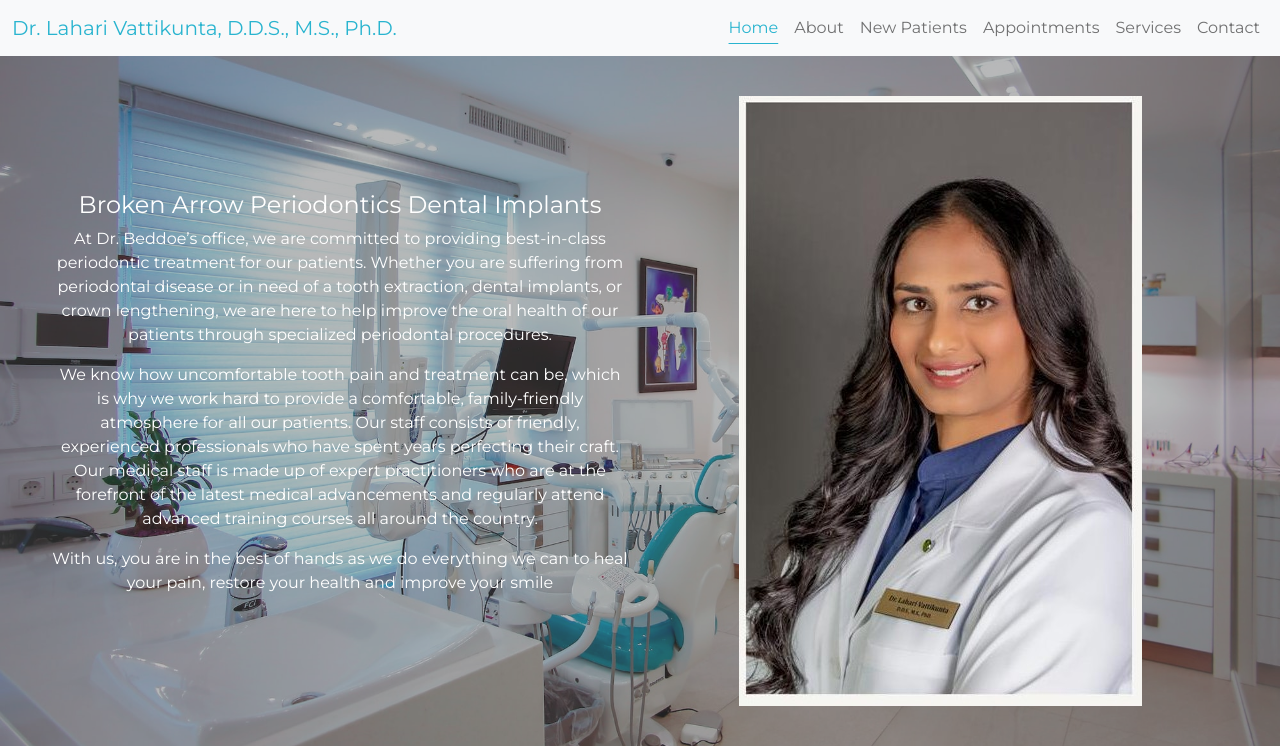
Repository: vineetha2438/baperio
Page: index.html
These files come from the project's save history. The page is drawn as it stood at one moment and after the next save; the edit follows.
The browser window is 1280 px wide. The pictures show the whole page.

Above is the page before, as saved 2022-11-13 19:47:00.

After the next save:
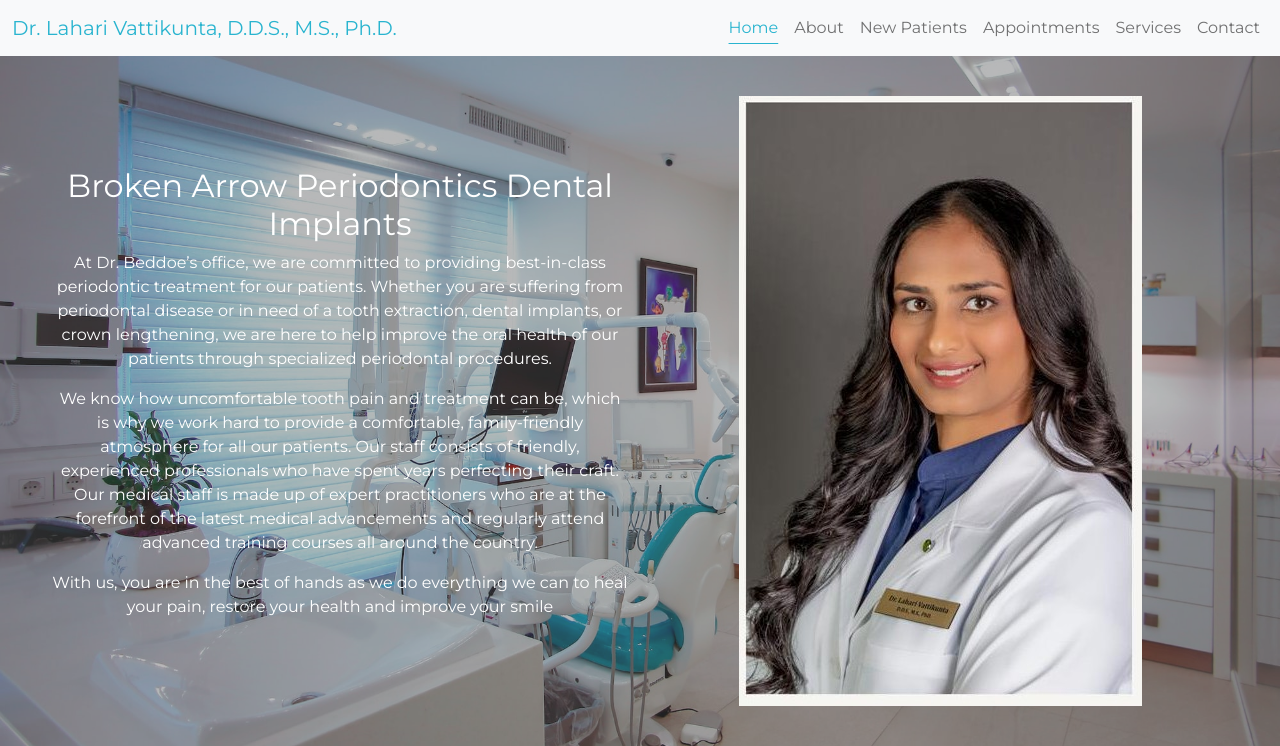
Saved 14 s later.
--- a/index.html
+++ b/index.html
@@ -55,7 +55,7 @@
         <div class="clinic-bg" data-image="clinic_bg.jpeg"></div>
       </div>
       <div class="col-sm-12 col-md-6">
-        <h4>Broken Arrow Periodontics Dental Implants</h4>
+        <h2>Broken Arrow Periodontics Dental Implants</h2>
         <p>At Dr. Beddoe’s office, we are committed to providing best-in-class periodontic treatment for our patients. Whether
           you are suffering from periodontal disease or in need of a tooth extraction, dental implants, or crown lengthening,
           we are here to help improve the oral health of our patients through specialized periodontal procedures.</p>
